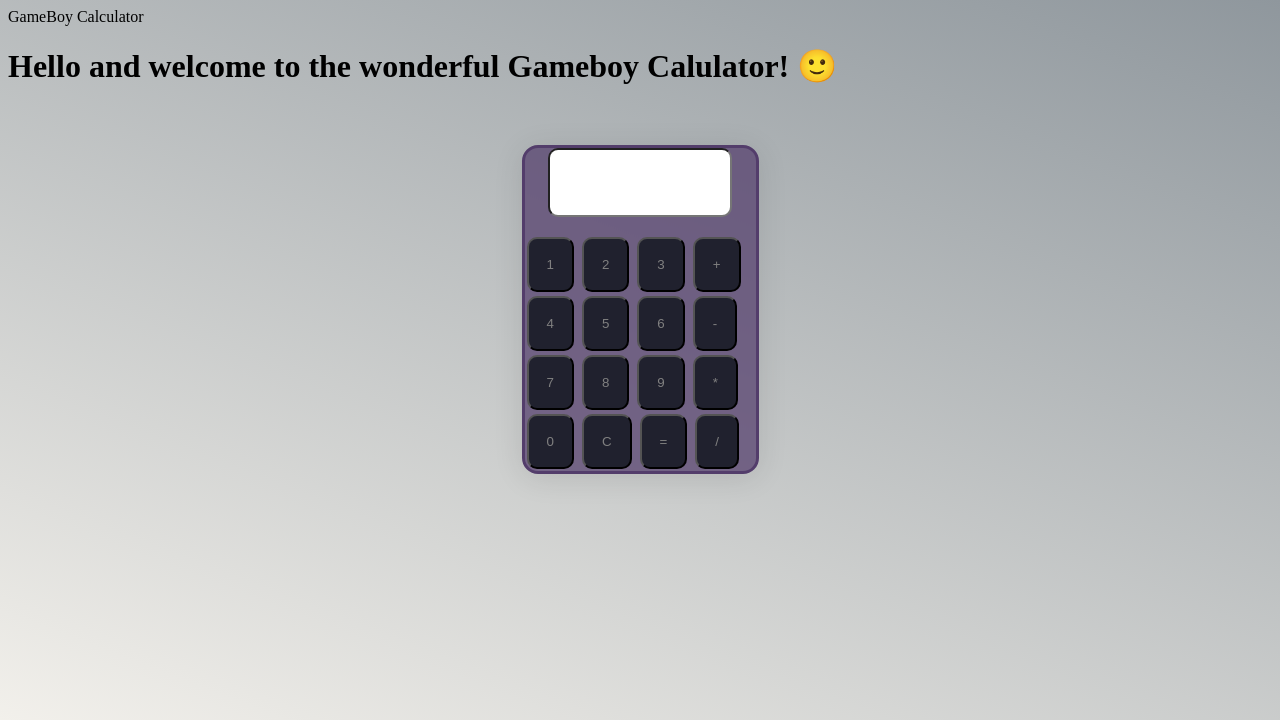
Repository: CrazyPaine/GameBoy-Calculator
Page: index.html
The author's editor kept a copy of each file at every save. The page is drawn from the files as they stood at one save, then again after the next save.
The browser window is 1280 px wide. The pictures show the whole page.

Above is the page before, as saved 2024-02-02 16:19:22.

### index.html
<!DOCTYPE html>
<html lang="en">
<head>
    <meta charset="UTF-8">
    <meta name="viewport" content="width=device-width, initial-scale=1.0">
    <link rel="stylesheet" type="text/css" href="css/styles.css"
    <title>GameBoy Calculator</title>
</head>

<body>
    <h1 class = "Intro">Hello and welcome to the wonderful Gameboy Calulator! &#128578;</h1>
    <br>
    <div class = 'calculator'>
        <input type="text"id="display" readonly>
       <br>
            <button onclick="appendToDisplay('1')" class = "button">1</button>
            <button onclick="appendToDisplay('2')" class = "button">2</button>
            <button onclick="appendToDisplay('3')" class = "button">3</button>
            <button onclick="appendToDisplay('+')" class = "button">+</button>
            <br>
            <button onclick="appendToDisplay('4')" class = "button">4</button>
            <button onclick="appendToDisplay('5')" class = "button">5</button>
            <button onclick="appendToDisplay('6')" class = "button">6</button>
            <button onclick="appendToDisplay('-')" class = "button">-</button>
            <br>
            <button onclick="appendToDisplay('7')" class = "button">7</button>
            <button onclick="appendToDisplay('8')" class = "button">8</button>
            <button onclick="appendToDisplay('9')" class = "button">9</button>
            <button onclick="appendToDisplay('*')" class = "button">*</button>
            <br>
            <button onclick="appendToDisplay('0')" class = "button">0</button>
            <button onclick="clearDisplay()" class = "button">C</button>
            <button onclick="calculateResult()" class = "button">=</button>
            <button onclick="appendToDisplay('/')" class = "button">/</button>

    </div>




</body>
</html>

### css/styles.css
/******************************************
/* CSS
/*******************************************/


/* Box Model Hack */
* {
    box-sizing: border-box;
}



/******************************************
/* LAYOUT
/*******************************************/
html {
    height: 100%;
}

title {
    text-align: left;
    font-size: 5px;
}

body {
    background: rgb(143, 151, 157);
        background: linear-gradient(201deg, rgba(143, 151, 157, 1) 0%, rgba(242, 240, 235, 1) 100%);
}

#display{
    border-radius: 10px;
    display: flex;
    align-items:center;
    justify-content: center;
    padding: 25px;
    width: 80%;
    margin:auto
}

.calculator {
    border: 3px solid #533D6B;
    border-radius: 10px;
    width:fit-content;
    background: rgba(83, 61, 107, 0.73);
    border-radius: 16px;
    box-shadow: 0 4px 30px rgba(0, 0, 0, 0.1);
    backdrop-filter: blur(2.7px);
    -webkit-backdrop-filter: blur(2.7px);
    height: fit-content;
    margin: 20px auto;
}

.button {
    background-color: #20212e;
    border-radius: 10px;
    color: #808080;
    padding: 18px;
    min-height: fit-content;
    max-width: fit-content;
    margin: 2px;
}


img {
    display: block;
    margin: 0 auto;
    width: 25%;
}


/******************************************
/* ADDITIONAL STYLES
/*******************************************/

After the next save:
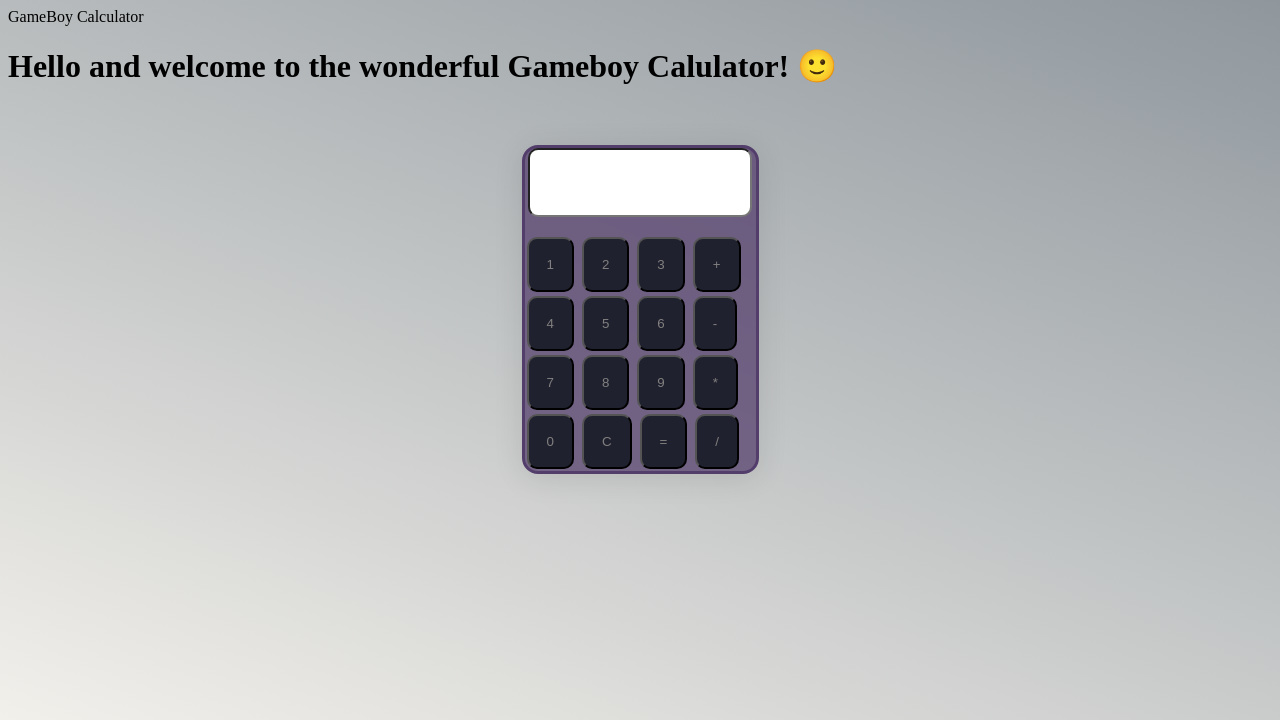
Saved 60 s later.
--- a/css/styles.css
+++ b/css/styles.css
@@ -33,7 +33,8 @@ body {
     align-items:center;
     justify-content: center;
     padding: 25px;
-    width: 80%;
+    width: 97%;
+    height:auto;
     margin:auto
 }
 
